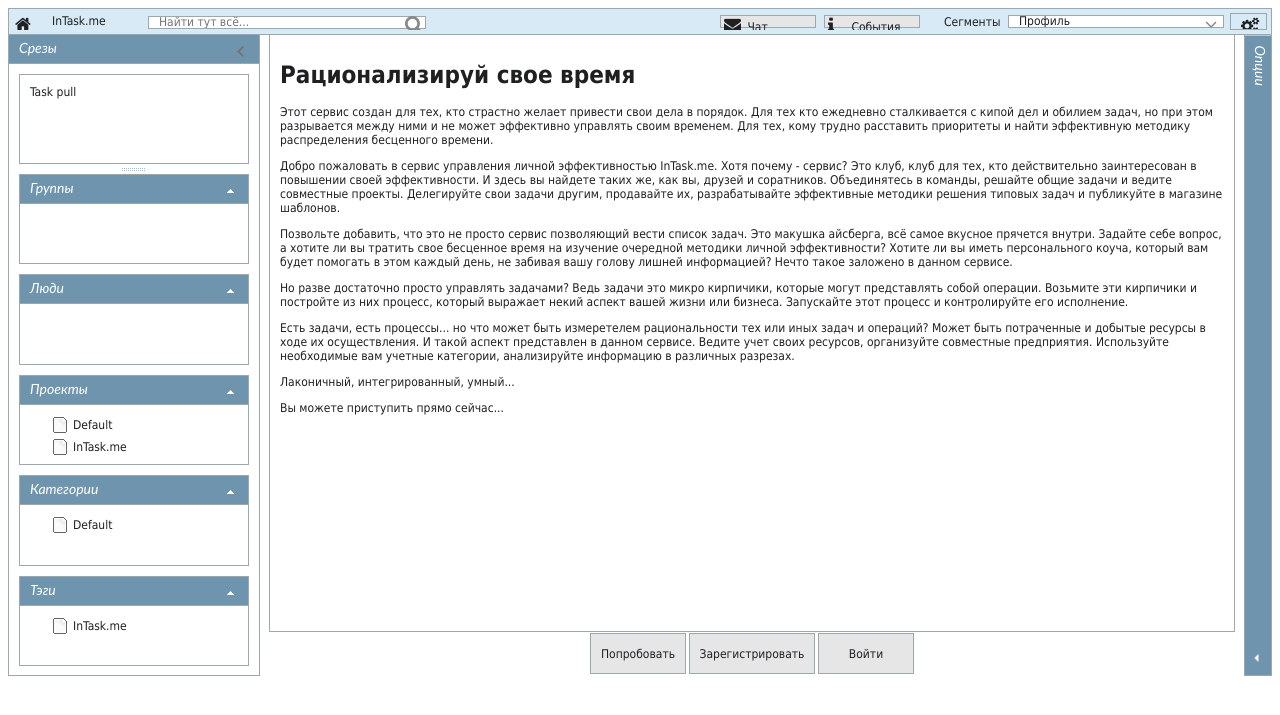
Repository: Startdoid/fnsc
Page: client/index.html
The author's editor kept a record of every edit. The page is drawn from the files as they stood at one moment, then again after the next edit.
The browser window is 1280 px wide. The pictures show the whole page.

Above is the page before.

After the next edit:
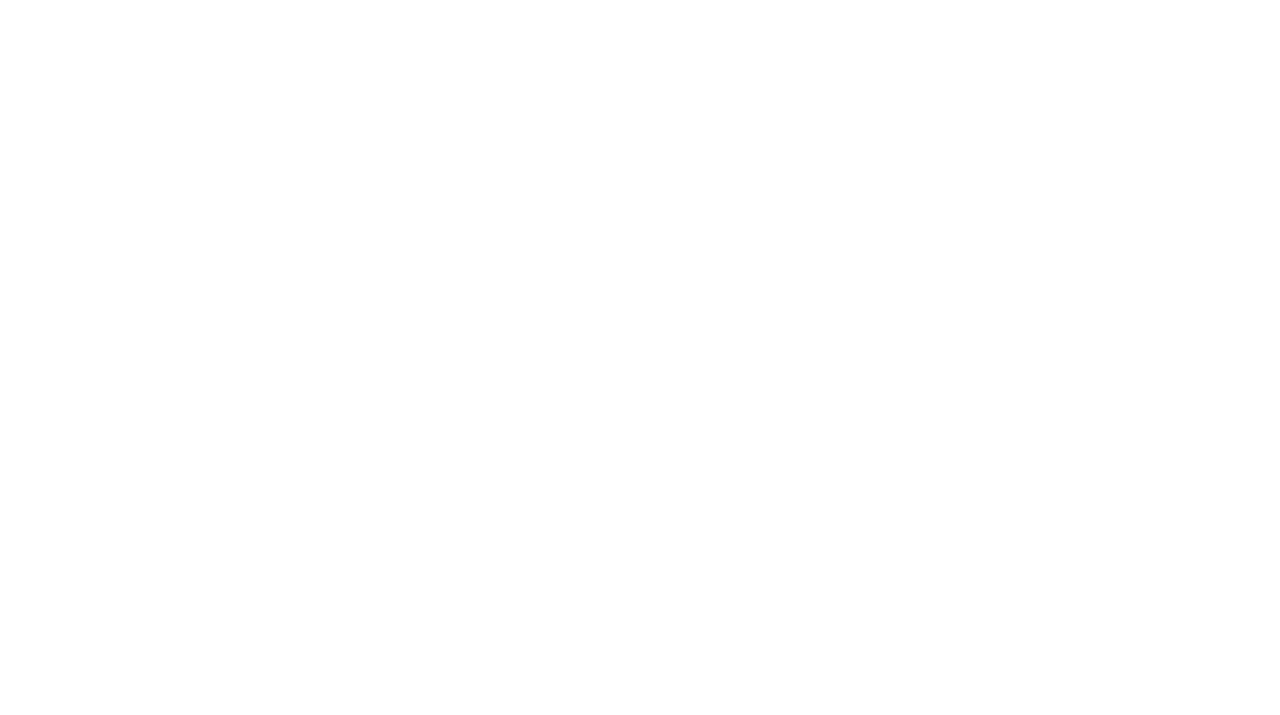
Console error: SyntaxError: Unexpected token ')'
The edit:
--- a/client/js/main.js
+++ b/client/js/main.js
@@ -136,7 +136,7 @@
   	} //if(App.User.usrLogged)
   };
 
-  var UserModelInit = (function() {
+  var UserModelInit = function() {
     //Инициализируем глобальный объект пользователя со всеми настройками приложения
   	App.User = new App.Models.User();
 

After the edit that followed:
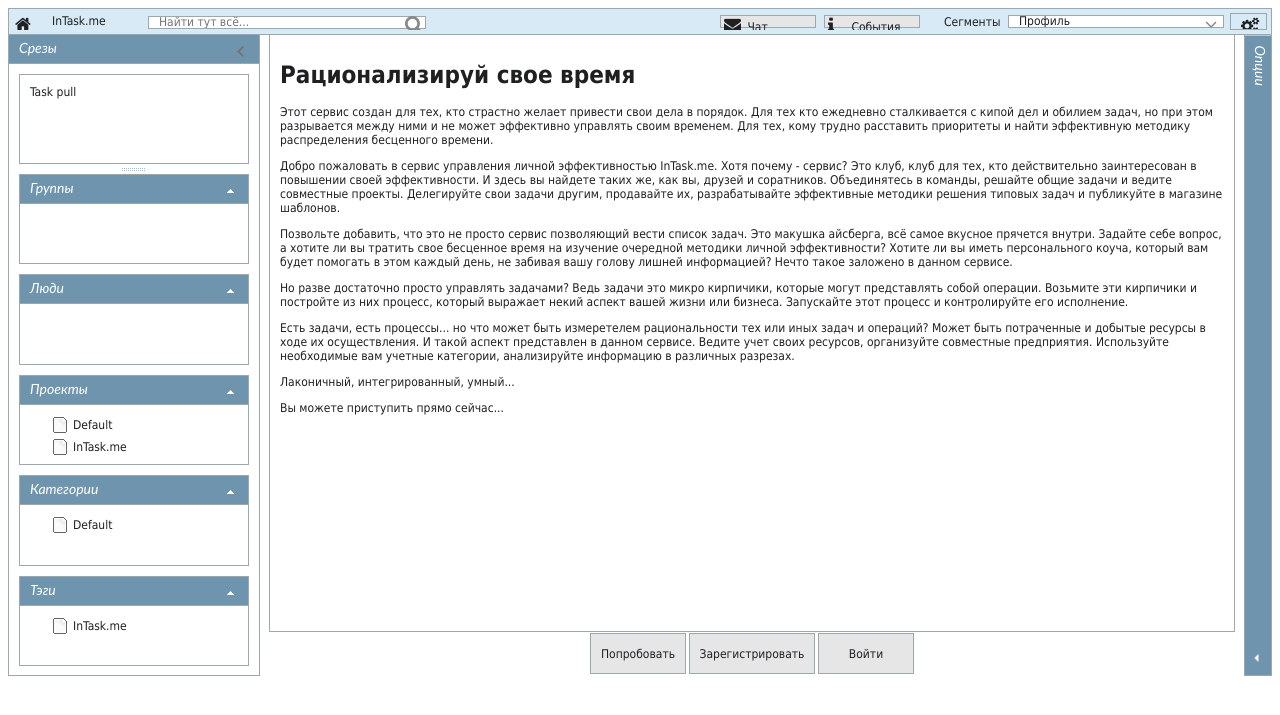
The error is gone.
The edit:
--- a/client/js/main.js
+++ b/client/js/main.js
@@ -151,7 +151,9 @@
   	App.User.on('change:this_ingrid_groupframe_ItemSelected', function() {
   	  //console.log(App.User.get('this_ingrid_groupframe_ItemSelected') + " item select");
   	});
-  })();
+  };
+
+  UserModelInit();
 
   var connectionErrorShow = function(err) {
     webix.message({type:"error", text:err.responseText});
